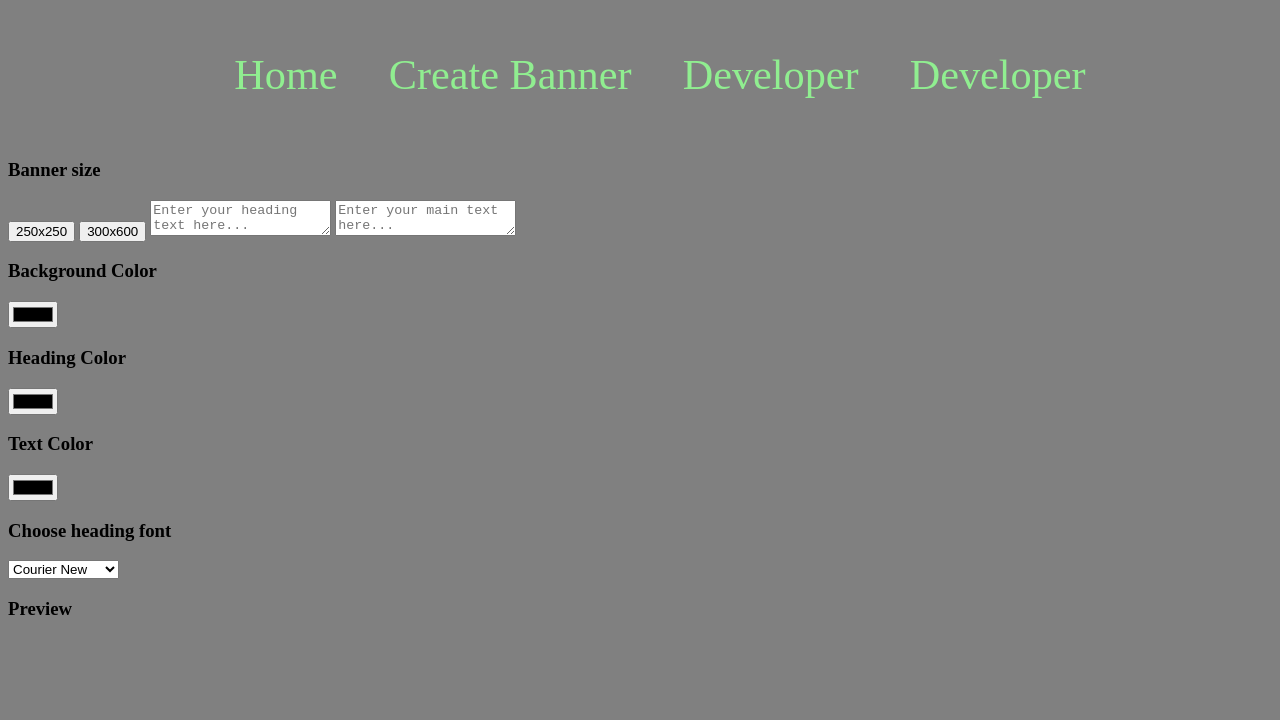
Repository: Yuravolontir/--Baner-Editor--
Page: banner.html
These files come from the project's save history. The page is drawn as it stood at one moment and after the next save; the edit follows.
The browser window is 1280 px wide. The pictures show the whole page.

Above is the page before, as saved 2025-07-15 19:40:59.

After the next save:
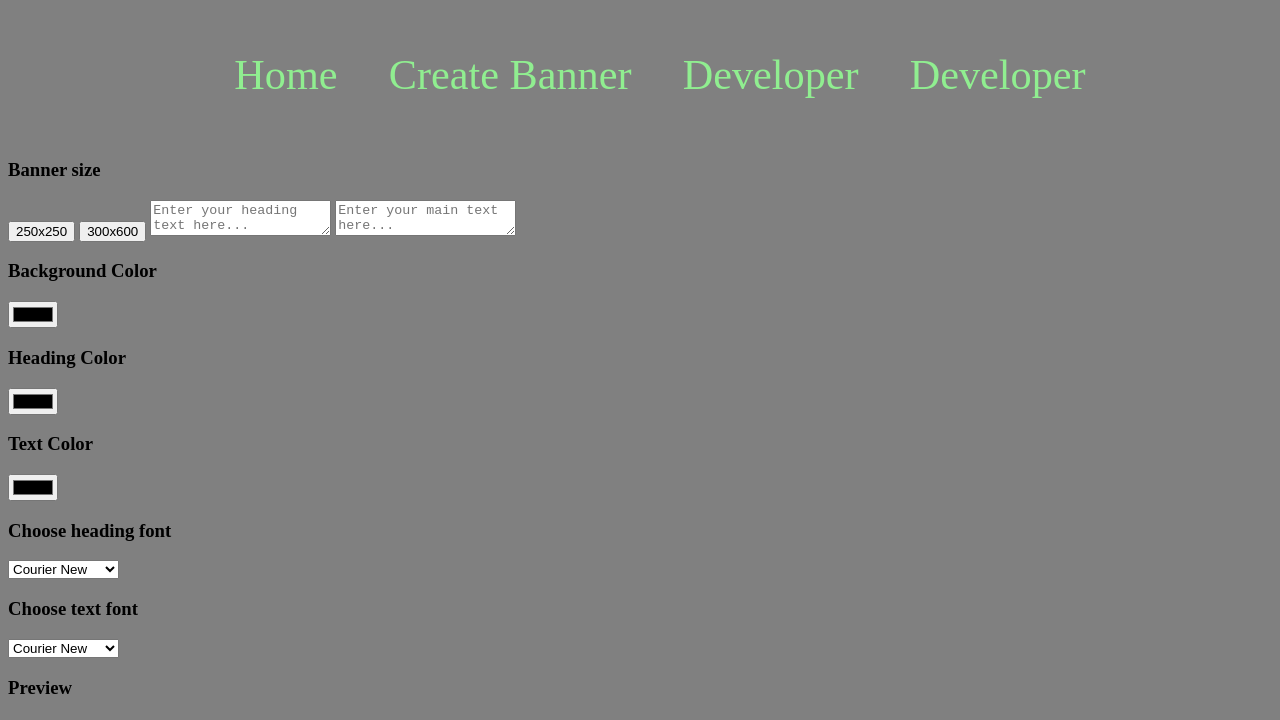
Saved 27 s later.
--- a/banner.html
+++ b/banner.html
@@ -36,7 +36,6 @@
 
 <h3>Choose heading font</h3>
 <select id="head-font">
-
   <option value="Courier New">Courier New</option>
   <option value="Inter">Inter</option>
   <option value="Poppins">Poppins</option>
@@ -50,6 +49,22 @@
   <option value="DM Sans">DM Sans</option>
 </select>
 
+<h3>Choose text font</h3>
+<select id="head-font">
+  <option value="Courier New">Courier New</option>
+  <option value="Inter">Inter</option>
+  <option value="Poppins">Poppins</option>
+  <option value="Space Grotesk">Space Grotesk</option>
+  <option value="Outfit">Outfit</option>
+  <option value="Manrope">Manrope</option>
+  <option value="Sora">Sora</option>
+  <option value="Figtree">Figtree</option>
+  <option value="Rubik">Rubik</option>
+  <option value="Urbanist">Urbanist</option>
+  <option value="DM Sans">DM Sans</option>
+</select>
+
+
 <h3>Preview</h3>
 <div id="preview">
 
